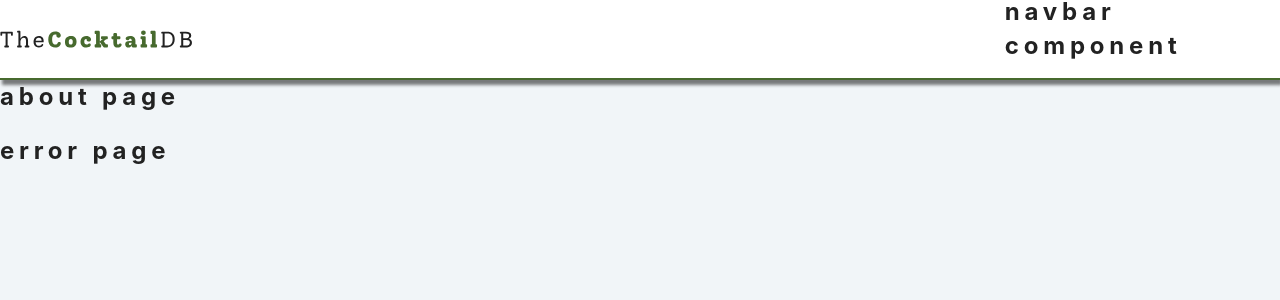
Repository: davidaloba/cocktails
Page: /about
An editor plug-in stored every save of this project. The page is shown before and after the next save, followed by the edit.
The browser window is 1280 px wide. The pictures show the whole page.
The project was rebuilt for these pictures with package versions that can differ from the ones it lists, and the page was loaded fresh each time. Also part of the build but not shown: src/components/SearchForm.js, src/pages/Home.js, src/components/Loading.js, src/pages/SingleCocktail.js. Imported but missing from the stored project, and not drawn on this page: src/components/CocktailList.

Above is the page before, as saved 2022-01-13 21:51:44.

After the next save:
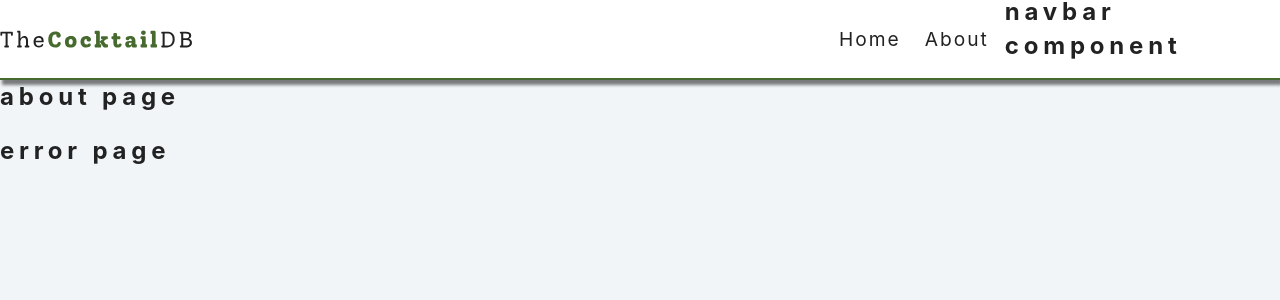
Saved 58 s later.
--- a/src/components/Navbar.js
+++ b/src/components/Navbar.js
@@ -11,7 +11,10 @@ const Navbar = () => {
         </Link>
         <ul className="nav-links">
           <li>
-            <Link to="/"></Link>{" "}
+            <Link to="/">Home</Link>
+          </li>
+          <li>
+            <Link to="/about">About</Link>
           </li>
         </ul>
       </div>
